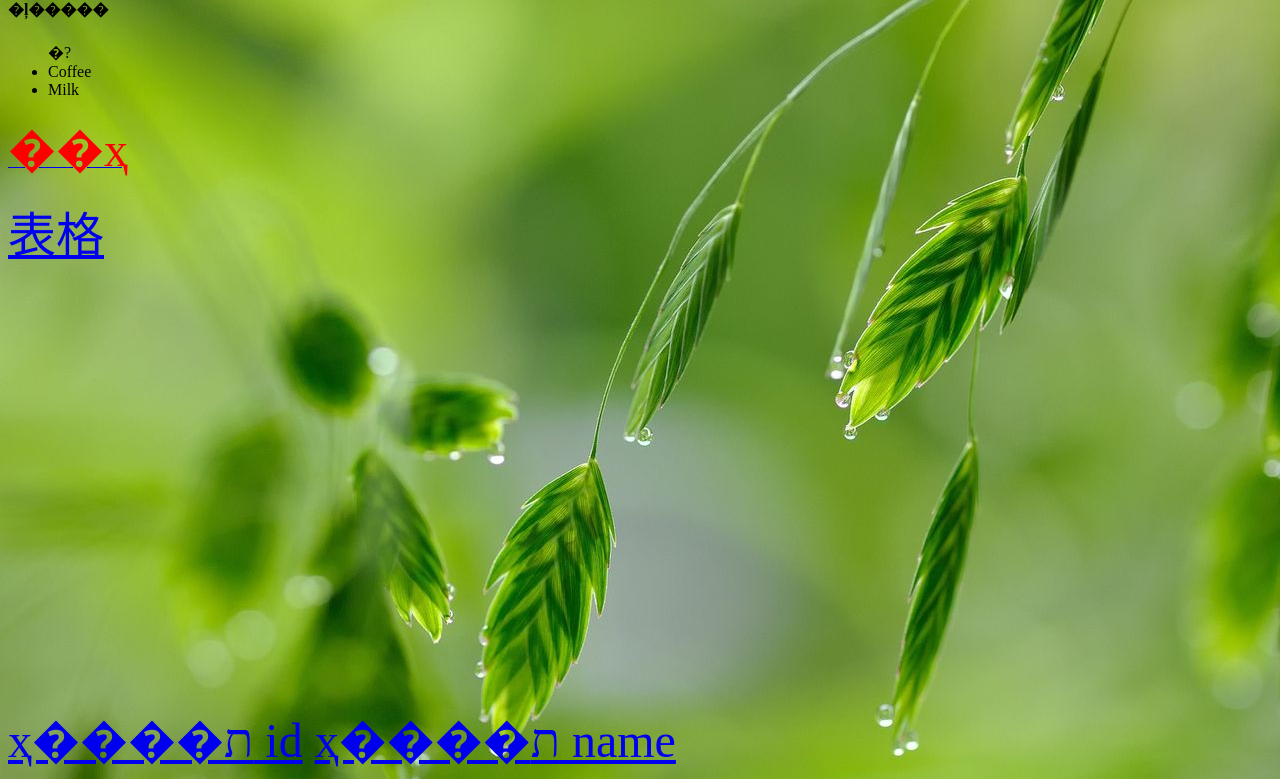
Repository: libelosophy/anjoyo
Page: workspace/QTalk/WebContent/html/html.html
These files come from the project's save history. The page is drawn as it stood at one moment and after the next save; the edit follows.
The browser window is 1280 px wide. The pictures show the part of the page from y = 981 to 1760 px (the page is 1760 px tall before and 1732 px after).
A picture or video elsewhere on the page could not be fetched, so the positions and the page height are approximate.

Above is the page before, as saved 2013-09-09 11:00:36.

### workspace/QTalk/WebContent/html/html.html
<html >
	<head>
		<title>html webpages</title>
	</head>

	<body bgcolor="#F5F5DC" background="background.jpg">
			<a id="top1"></a>
			<a name="top2"></a>
			<h1>���� <u>1</u>
			</h1>
			<p>����</p>
			<center>
				<p>
					<font size="5" color="CornflowerBlue">
					�������center
					</font>
					<sub>�±�</sub>
				</p>
				<p>
					<a href="http://www.w3school.com.cn/html/html_colornames.asp">
					��ɫ�ٲ飺http://www.w3school.com.cn/html/html_colornames.asp
					</a>
				</p>
			</center>

			<h2>��������</h2>
			<p>
				<font size="6" >
					<b>����</b> </br>
					<u>�»���</u> </br>
					<i>б��</i> </br>
				</font>
			</p>

			<h3>�����</h3>
			<p> ����ͼƬ</br>
				<img src="baidu_logo.jpg">
					</br>baidu logo
					</br></br>
				</img>
				����ͼƬ</br>
				<a href="http://image.baidu.com/i?tn=download&word=download&ie=utf8&fr=detail&url=http%3A%2F%2Fimgcdn.zcool.com.cn%2Fimg2%2Fcover%2F30%2F14%2Fb_1318336539183.jpg" >
					<img
					src="http://image.baidu.com/i?tn=download&word=download&ie=utf8&fr=detail&url=http%3A%2F%2Fimgcdn.zcool.com.cn%2Fimg2%2Fcover%2F30%2F14%2Fb_1318336539183.jpg">
					</img>
				</a>
			</p>

			<h4>�ļ�����</h4>
			<p>
				<ul> �?
				<li>Coffee</li>
				<li>Milk</li>
				</ul>
			</p>
			<p>
				<a href="page2.html">
					<font size="8" color="red">��ҳ<font>
				</a>
			</p>
	<body>

	<a href="table.html">表格 </a>

	</br></br></br></br></br></br></br></br></br>

	<a href="#top1"> ҳ����ת id</a>
	<a href="#top2"> ҳ����ת name</a>


</html>

After the next save:
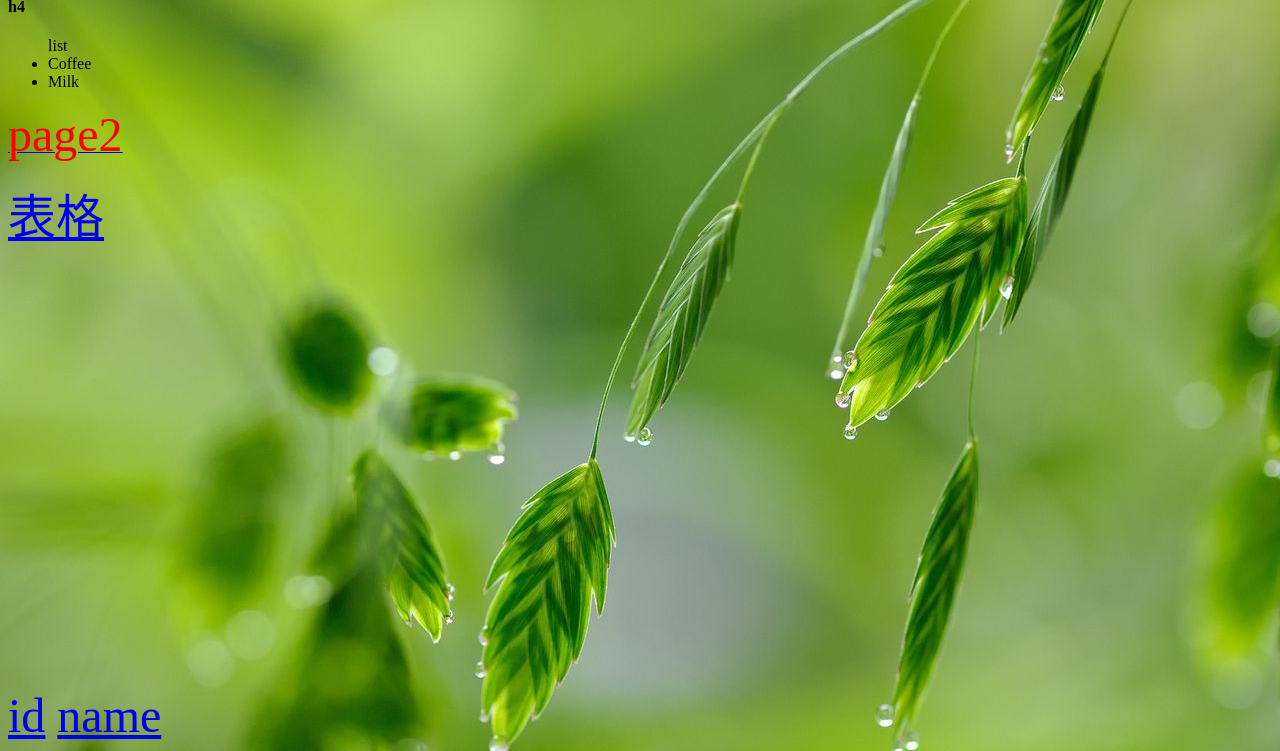
Saved 98 s later.
--- a/workspace/QTalk/WebContent/html/html.html
+++ b/workspace/QTalk/WebContent/html/html.html
@@ -46,16 +46,16 @@
 				</a>
 			</p>
 
-			<h4>�ļ�����</h4>
+			<h4>h4</h4>
 			<p>
-				<ul> �?
+				<ul> list
 				<li>Coffee</li>
 				<li>Milk</li>
 				</ul>
 			</p>
 			<p>
 				<a href="page2.html">
-					<font size="8" color="red">��ҳ<font>
+					<font size="8" color="red">page2<font>
 				</a>
 			</p>
 	<body>
@@ -64,8 +64,8 @@
 
 	</br></br></br></br></br></br></br></br></br>
 
-	<a href="#top1"> ҳ����ת id</a>
-	<a href="#top2"> ҳ����ת name</a>
+	<a href="#top1">  id</a>
+	<a href="#top2"> name</a>
 
 
 </html>
